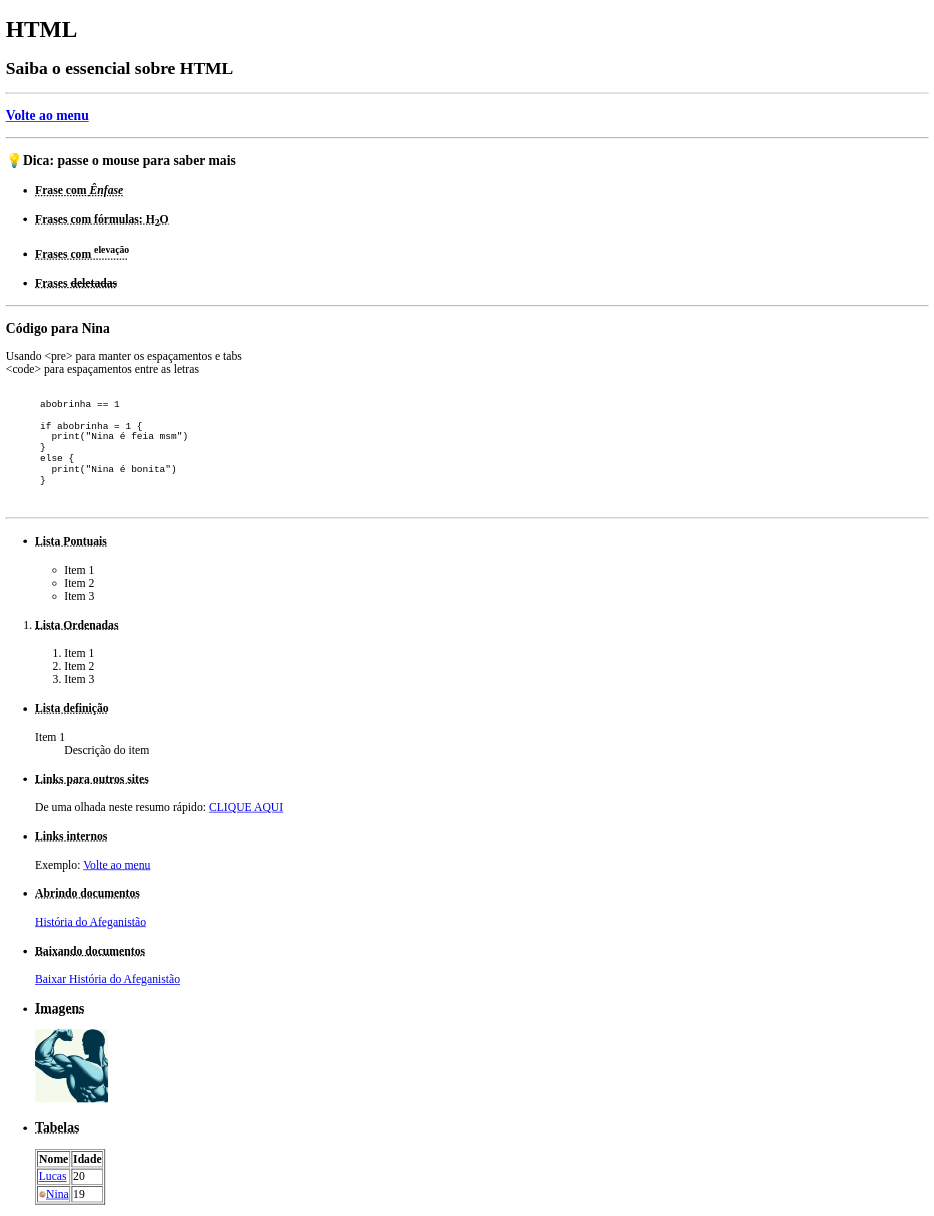
Repository: LuidyOn/Site_Forca_Total
Page: ForçaTotal/sobreHTML.html
An editor plug-in stored every save of this project. The page is shown before and after the next save, followed by the edit.
The browser window is 1280 px wide. The pictures show the whole page, at 73% of full size.

Above is the page before, as saved 2025-05-16 14:31:52.

### ForçaTotal/sobreHTML.html
<!DOCTYPE html>
<html lang="pt-br">
<head>
  <meta charset="UTF-8">
  <meta name="viewport" content="width=device-width, initial-scale=1.0">
  <link rel="shortcut icon" href="img/icons/logo.ico" type="image/x-icon">
  <title>Testes Força total</title>
</head>
<body>
  <h1>HTML</h1>
  <h2>Saiba o essencial sobre HTML</h2>

  <hr>
  <h3><a href="index.html" rel="prev"> Volte ao menu</a></h3>
  <hr>

<h3>💡Dica: passe o mouse para saber mais</h3>

  <ul><li><h4> <abbr title="Para deixar uma frase com ênfase, usamos: <em> ">Frase com <em>Ênfase</em></h4> </abbr>
  </li></ul>

    <ul><li><h4><abbr title="Para utilizarmos frases 'baixas' ou fórmulas usamos: <sub></sub>"> Frases com fórmulas: H<sub>2</sub>O</abbr></h4> </li></ul>

  <ul><li><h4> <abbr title="Para utilizarmos frases com ênfase/superiores usamos: <sup></sup>">Frases com <sup>elevação</sup></h4> </abbr></li></ul>

  <ul><li><abbr title=" Para utilizarmos frases deletadas usamos: <del>"><h4>Frases <del>deletadas</del></h4></abbr></li></ul>

  <hr>

  <h3>Código para Nina</h3>
  <p>Usando &lt;pre&gt; para manter os espaçamentos e tabs <br> &lt;code&gt; para espaçamentos entre as letras</p>

  <p></p>

  <pre>
    <code>
      abobrinha == 1

      if abobrinha = 1 {
        print("Nina é feia msm")
      }
      else {
        print("Nina é bonita")
      }
    </code>
  </pre>

  <hr>

      <ul>
        <li>
          <abbr title="Para usar lista pontuadas use <ul>"> <h4>Lista Pontuais</h4> </abbr>
        </li>
          <ul>
            <li>Item 1</li>
            <li>Item 2</li>
            <li>Item 3</li>
          </ul>
      </ul>

      <ol>
        <li>
          <abbr title="Para usar lista ordenadas use <ol>"> <h4>Lista Ordenadas</h4> </abbr>
        </li>
          <ol>
            <li>Item 1</li>
            <li>Item 2</li>
            <li>Item 3</li>
          </ol>
      </ol>

          <ul>
            <li>
              <abbr title="Para usar uma lista de definição, use <dl> para agrupar os elementos(bloco), <dt> para o termo e <dd> para a descrição."> <h4>Lista definição</h4> </abbr>
              <dl>
                <dt>Item 1</dt>
                <dd>Descrição do item</dd>
              </dl>
            </li>
          </ul>

      <ul>
        <li><abbr title="Dica → <a href='https...' target='_blank'></a> text </a>"><h4>Links para outros sites</h4></abbr>
        </li>
        <p>De uma olhada neste resumo rápido: <a href="https://www.youtube.com/watch?v=dQw4w9WgXcQ" target="_blank" rel="External"> CLIQUE AQUI </a></p>
      </ul>

      <ul>
        <li><abbr title="Dica → <a href='caminho.html' rel='prev/next'></a>"><h4>Links internos</h4></abbr>
        </li>
        <p>Exemplo: <a href="index.html" rel="prev"> Volte ao menu</a></p>
      </ul>

      <ul>
        <li><abbr title="Dica: <a href='caminho.pdf' target='_blank'></a>"> <h4>Abrindo documentos</h4> </abbr>
        </li>
        <p><a href="Documentos/PDFs/GUERRA DO AFEGANISTÃO.pdf" target="_blank"> História do Afeganistão</a></p>
      </ul>

      <ul>
        <li><abbr title="Dica: <a href='caminho.pdf' download='caminho.pdf' type='application/pdf'> 'text'</a>"> <h4>Baixando documentos</h4> </abbr>
        </li>
            <p><a href="Documentos/PDFs/GUERRA DO AFEGANISTÃO.pdf" target="_blank" download="Documentos/PDFs/GUERRA DO AFEGANISTÃO.pdf" type="application/pdf"> Baixar História do Afeganistão</a></p>
      </ul>

  <ul>
    <li><abbr title="Para usar imagens use <img>"><h3>Imagens</h3></abbr></li>

    <img src="img/parteSerior.png" alt="parte superior" style="width: 100px; height: 100px;">
  </ul>

  <ul>
    <li><abbr title="Para usar tabelas use <table> <tr> e <th>"><h3>Tabelas</h3></abbr></li>

    <table border="1">
      <tr>
        <th>Nome</th>
        <th>Idade</th>
      </tr>
      <tr>
        <td><a href="#">Lucas</a></td>
        <td>20</td>
      </tr>
      <tr>
        <td><img src="img/logo.jpg" alt="" style="width: 10px"><a href="#">Nina</a></td>
        <td>19</td>
      </tr>
    </table>

</body>
</html>

After the next save:
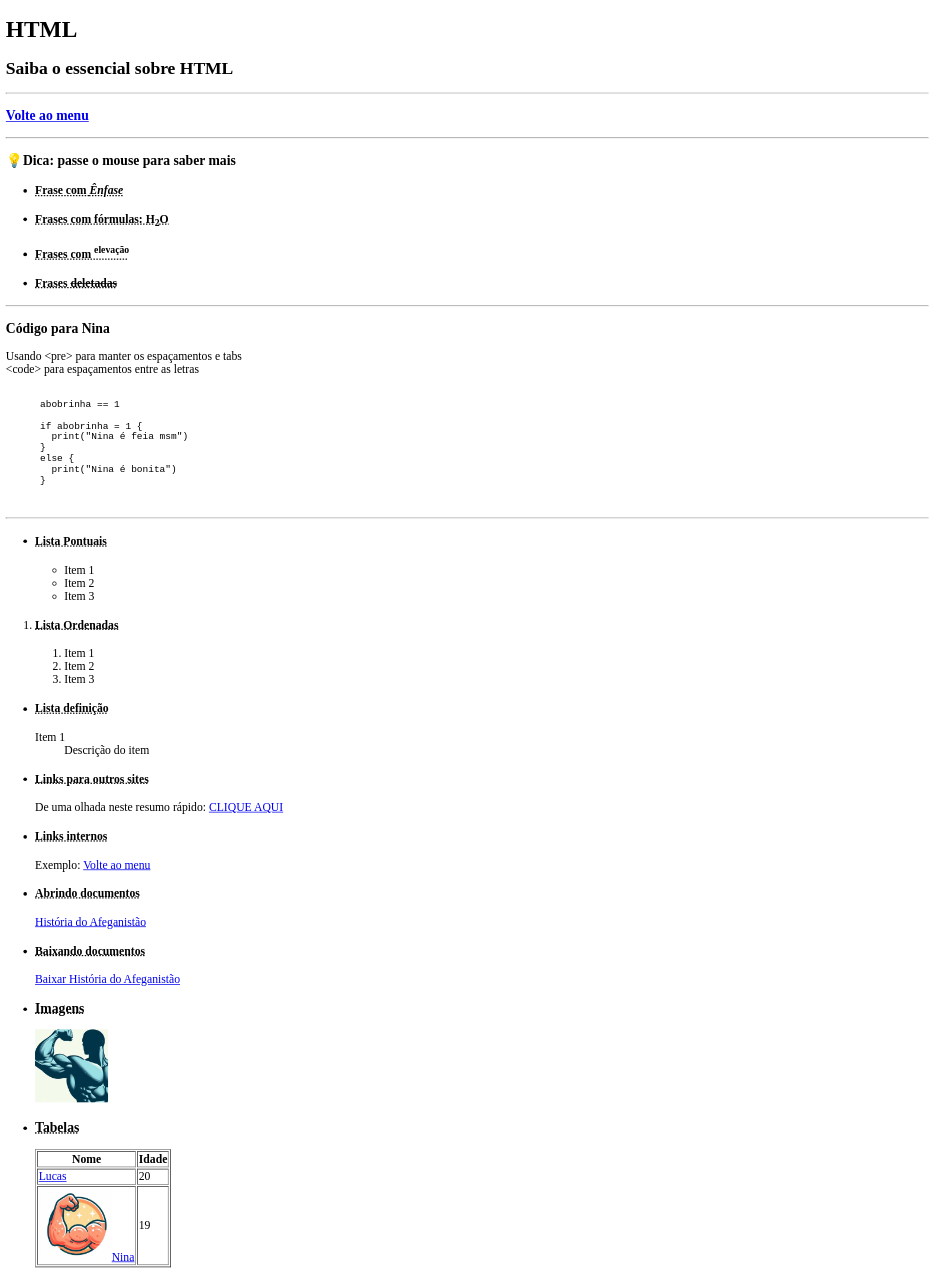
Saved 6 s later.
--- a/ForçaTotal/sobreHTML.html
+++ b/ForçaTotal/sobreHTML.html
@@ -122,7 +122,7 @@
         <td>20</td>
       </tr>
       <tr>
-        <td><img src="img/logo.jpg" alt="" style="width: 10px"><a href="#">Nina</a></td>
+        <td><img src="img/logo.jpg" alt="" style="width: 100px"><a href="#">Nina</a></td>
         <td>19</td>
       </tr>
     </table>
